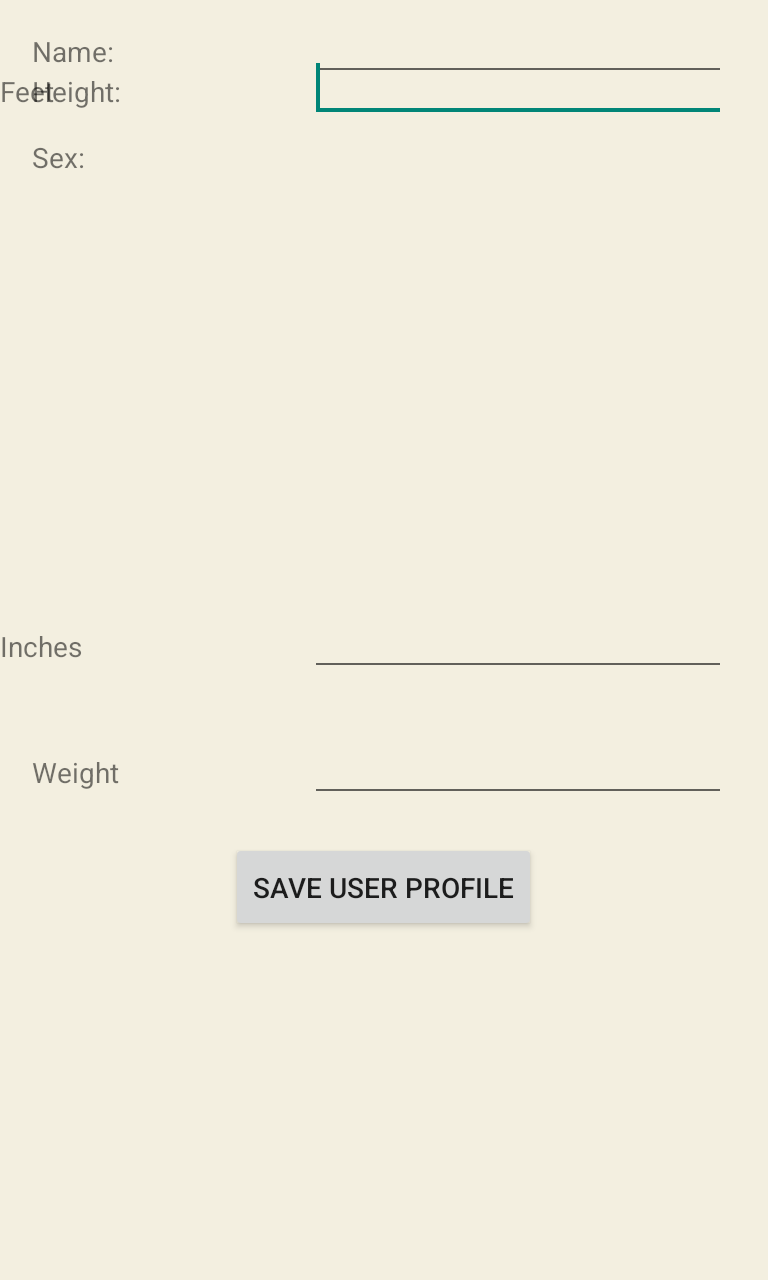
Repository: CS185Wingman/wingman
Layout: Workspace/wingman/res/layout/user_settings.xml
An editor plug-in stored every save of this project. The layout is shown before and after the next save, followed by the edit.
It is drawn on a 768 x 1280 px phone screen (xhdpi) without system bars, with theme AppTheme; the app's code is not run.

Above is the layout before, as saved 2014-06-06 04:25:34.

After the next save:
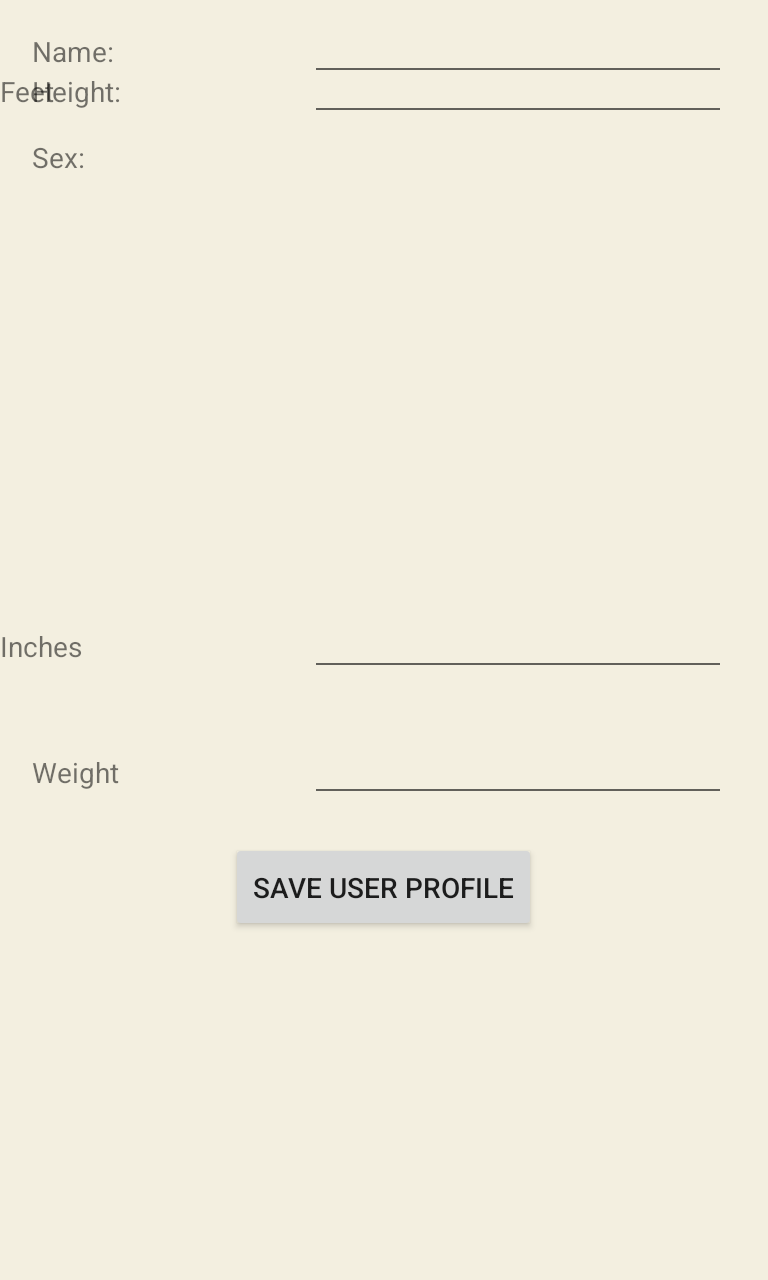
Saved 55 s later.
--- a/Workspace/wingman/res/layout/user_settings.xml
+++ b/Workspace/wingman/res/layout/user_settings.xml
@@ -72,7 +72,7 @@
         android:ems="10"
         android:inputType="number" >
 
-        <requestFocus />
+        />
     </EditText>
 
     <EditText
